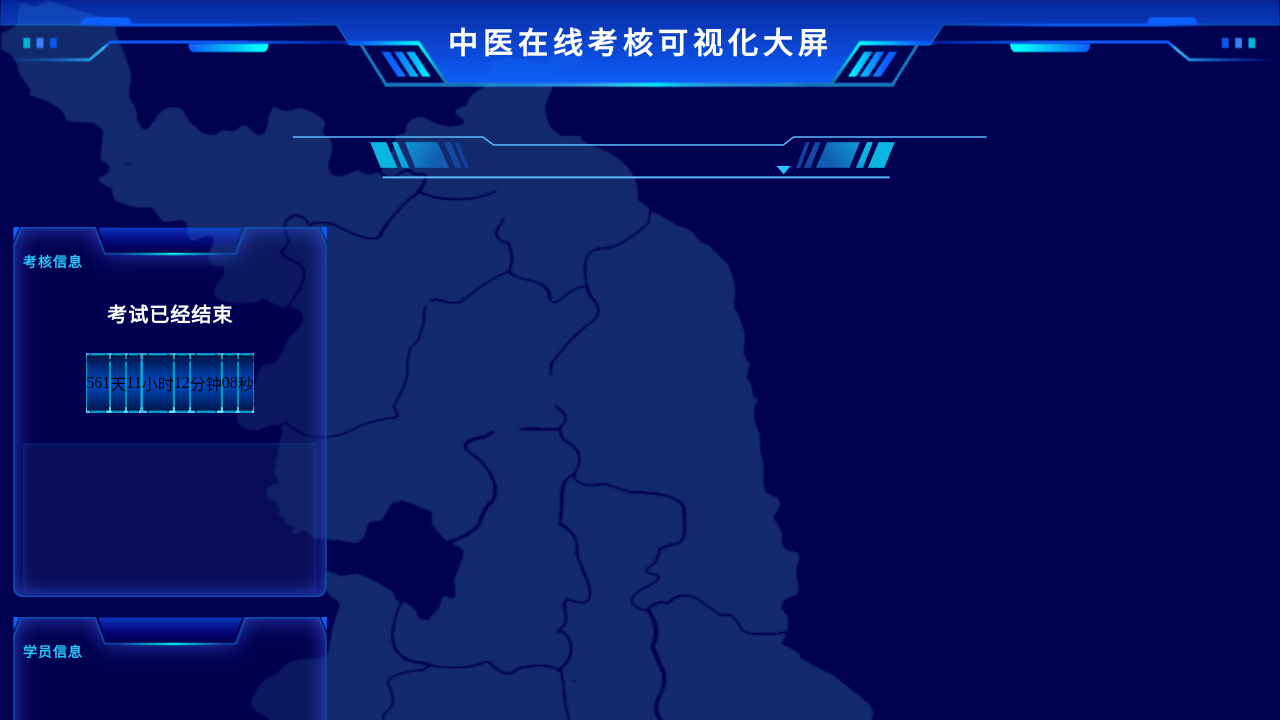
Repository: krislorem/medicine-online-datascreen-vue
Page: /
These files come from the project's save history. The page is drawn as it stood at one moment and after the next save; the edit follows.
The browser window is 1280 px wide. The pictures show the whole page.
The project was rebuilt for these pictures with package versions that can differ from the ones it lists, and the page was loaded fresh each time. Also part of the build but not shown: vite.config.ts.

Above is the page before, as saved 2024-12-04 19:55:38.
Console error (its wording comes from the project's code and is left out).

After the next save:
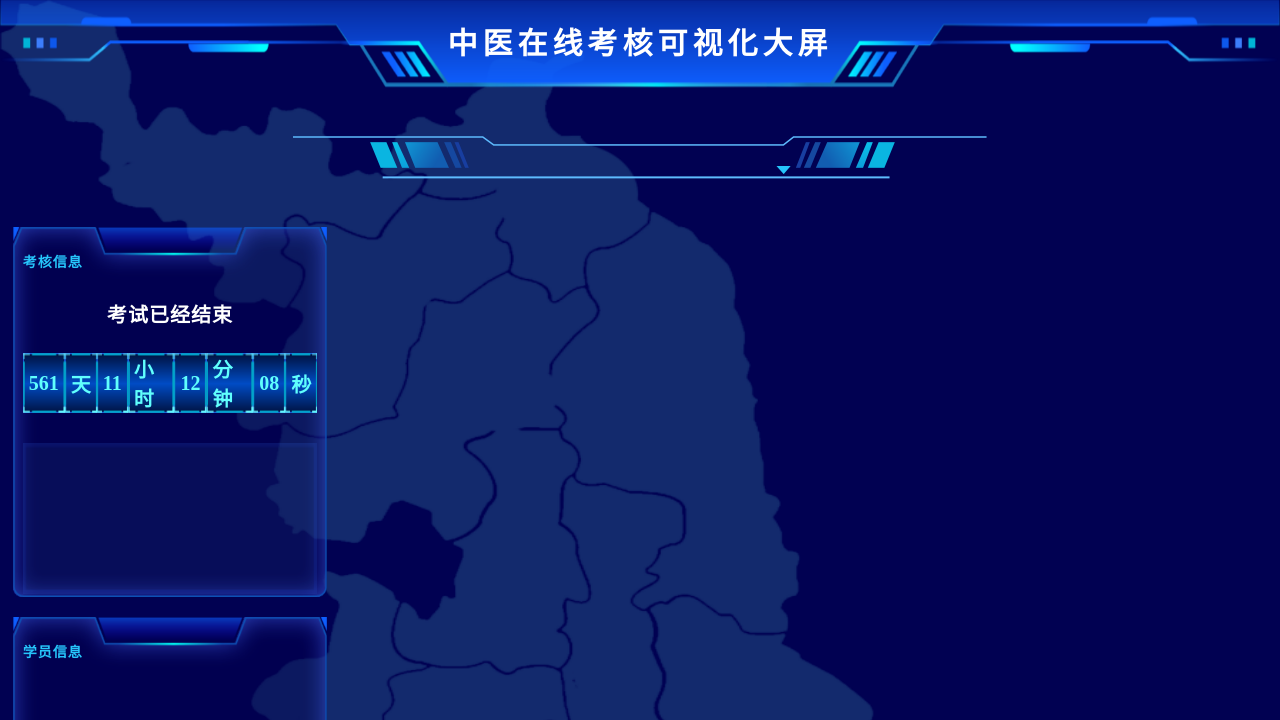
Saved 30 s later.
--- a/src/views/HomeView.vue
+++ b/src/views/HomeView.vue
@@ -231,6 +231,14 @@ body {
   -ms-flex-align: center;
   align-items: center;
   background-color: #d7606b;
+}
+
+#all-info #left .item-1 .time-container .time-box .time-num {
+  font-size: 20px;
+  padding: 6px;
+  font-family: PingFangSC-Semibold, PingFang SC;
+  font-weight: 600;
+  color: #60fffd
 }
 
 #all-info #left .item-1 .result {
